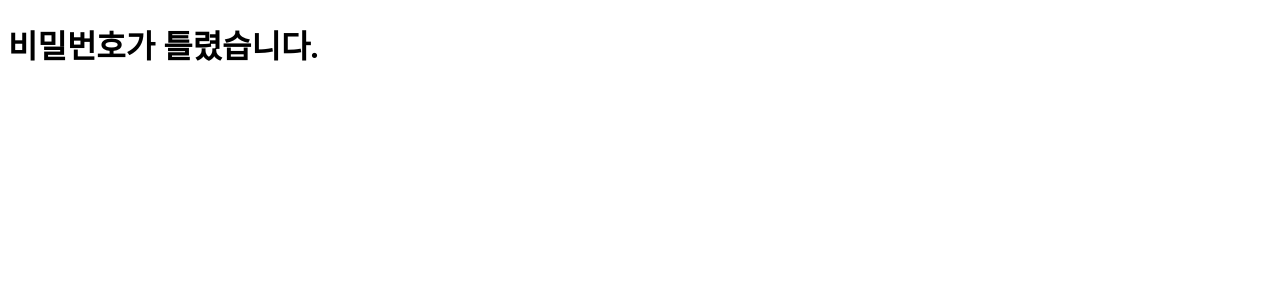
Repository: godnjchs/JSPData
Page: http://localhost/JSPProject/memberCheck.jsp
An editor plug-in stored every save of this project. The page is shown before and after the next save, followed by the edit.
The browser window is 1280 px wide. The pictures show the whole page.
The page is served by Tomcat 9.

Above is the page before, as saved 2020-03-17 06:26:19.

After the next save:
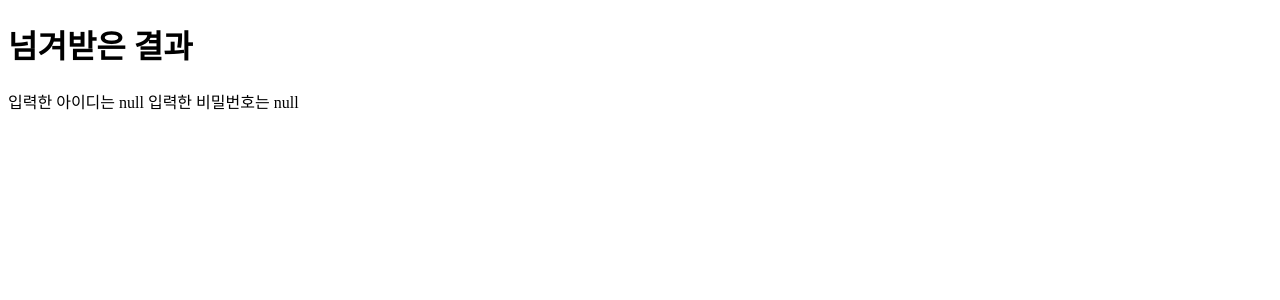
Saved 3 min 21 s later.
--- a/JSPProject/WebContent/memberCheck.jsp
+++ b/JSPProject/WebContent/memberCheck.jsp
@@ -1,5 +1,10 @@
 <%@ page language="java" contentType="text/html; charset=UTF-8"
     pageEncoding="UTF-8" trimDirectiveWhitespaces ="true" %>
+<%
+		String Id = request.getParameter("UserId");
+		String PassWord = request.getParameter("UserPwd");
+
+	%>
 <!DOCTYPE html>
 <html>
 <head>
@@ -7,14 +12,11 @@
 <title>memberCheck</title>
 </head>
 <body>
-	<%
-		String msg = "";
-		if(request.getParameter("UserPwd") == "qortksrnrwkd5")
-			msg = "로그인 성공";
-		else
-			msg = "비밀번호가 틀렸습니다.";
-	%>
-	<h1><%=msg %></h1>
+	<h1>넘겨받은 결과</h1>
+	<div>
+		입력한 아이디는 <%=Id %>
+		입력한 비밀번호는 <%=PassWord %>
+	</div>
 
 </body>
 </html>
